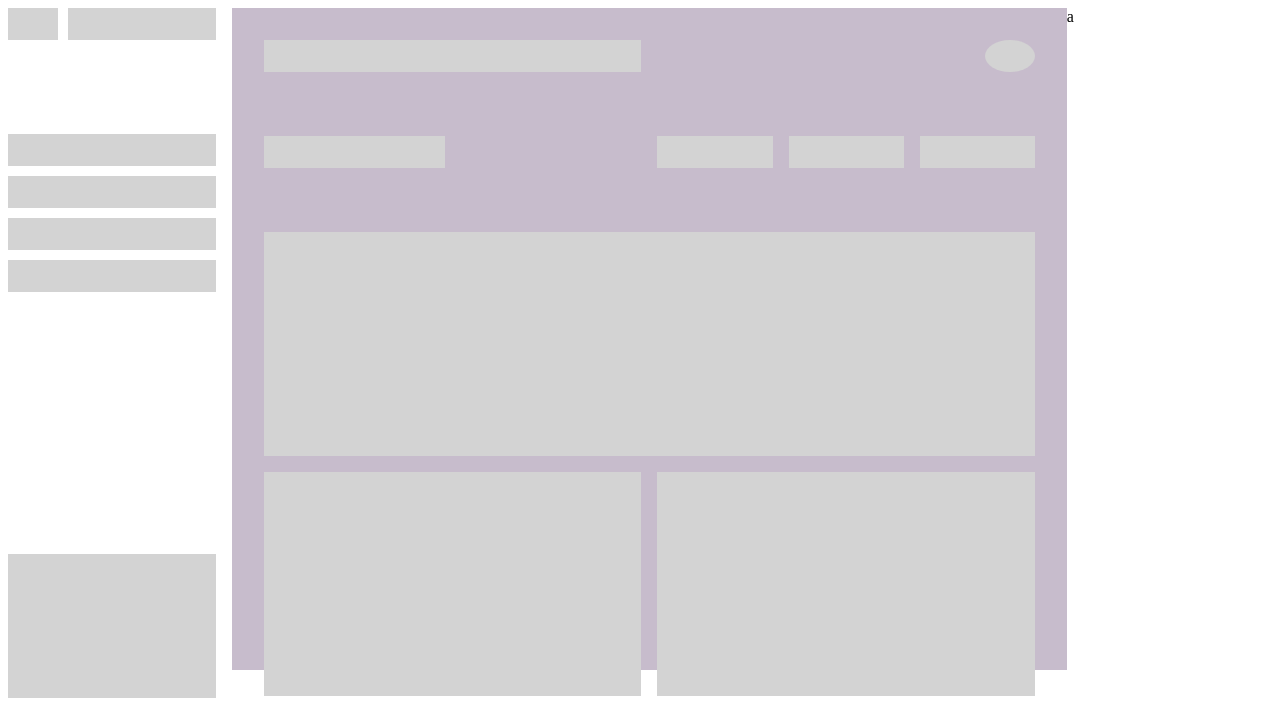
Repository: tr2cky/exercise2
Page: index.html
The author's editor kept a copy of each file at every save. The page is drawn from the files as they stood at one save, then again after the next save.
The browser window is 1280 px wide. The pictures show the whole page.

Above is the page before, as saved 2022-10-01 12:09:58.

After the next save:
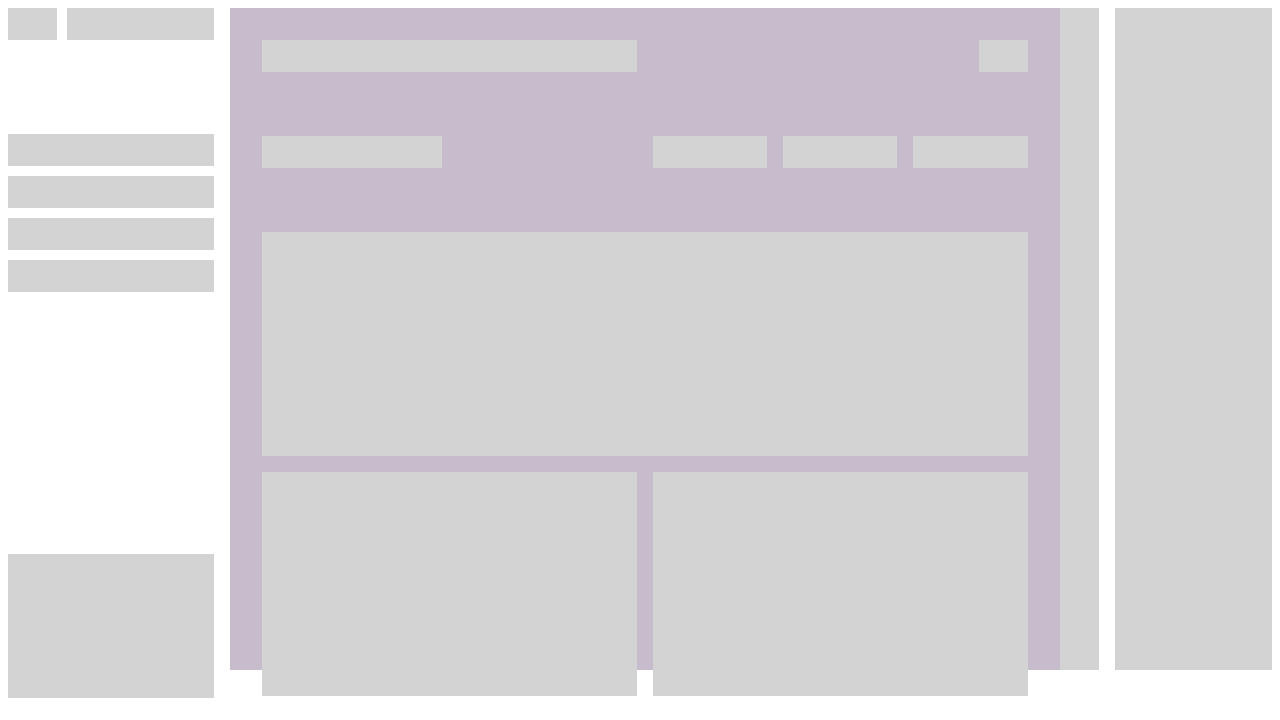
Saved 6 h 35 min later.
--- a/index.html
+++ b/index.html
@@ -33,7 +33,8 @@
             <div id="boxj"></div>
         </main>
         <div class="side2">
-            a
+            <div id="boxq"></div>
+            <div id="boxq"></div>
         </div>
     </div>
 </body>
--- a/style.css
+++ b/style.css
@@ -71,7 +71,6 @@ main div,
 
 #boxb {
     grid-column: 12;
-    border-radius: 50%;
 }
 
 #boxc {
@@ -102,3 +101,9 @@ main div,
     grid-row: 10/15;
     grid-column: 7/13;
 }
+.side2 {
+    display: grid;
+    grid-template-columns: 1fr 4fr;
+    grid-gap: 1em;
+
+}
